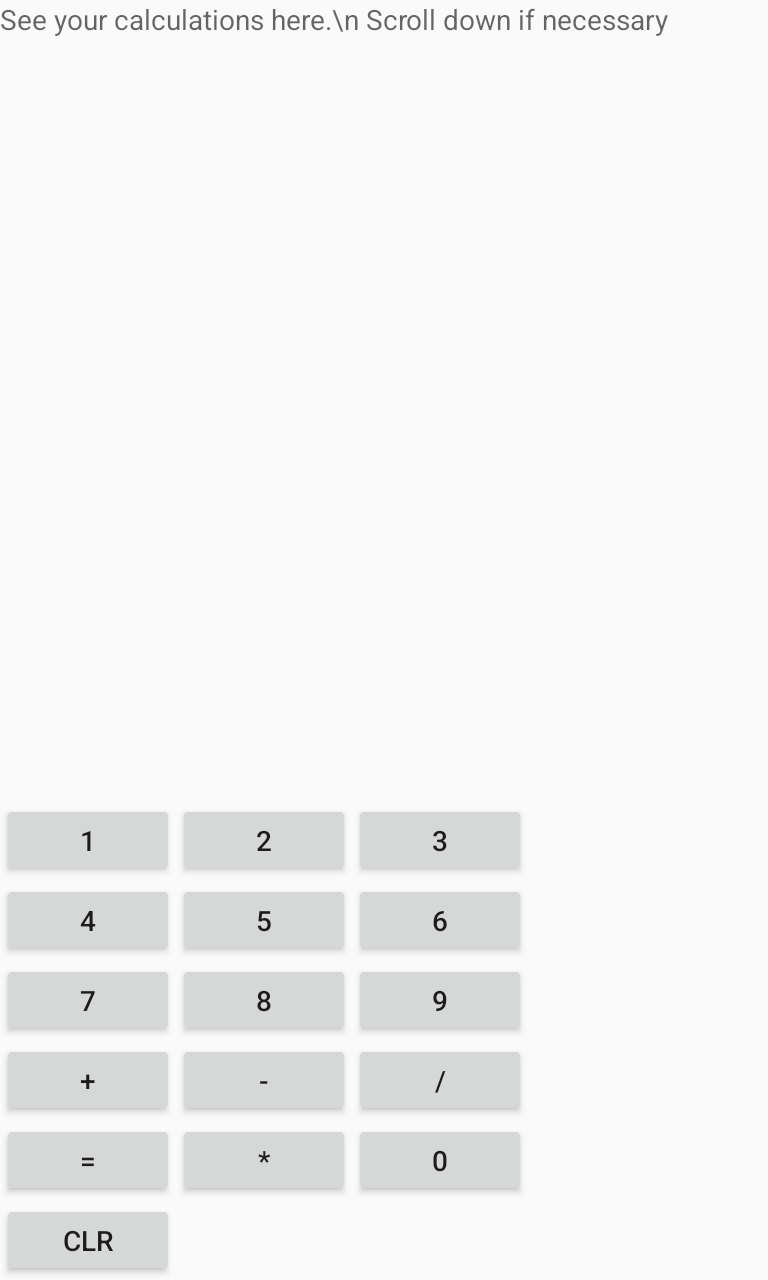
Repository: apoorvelec/AndroidApps
Layout: Calculator1pt1/res/layout/activity_main.xml
An editor plug-in stored every save of this project. The layout is shown before and after the next save, followed by the edit.
It is drawn on a 768 x 1280 px phone screen (xhdpi) without system bars, with theme AppTheme; the app's code is not run.

Above is the layout before, as saved 2016-05-22 17:55:09.

### Calculator1pt1/res/layout/activity_main.xml
<?xml version="1.0" encoding="utf-8"?>
<LinearLayout xmlns:android="http://schemas.android.com/apk/res/android"
   android:layout_width="fill_parent"
   android:layout_height="fill_parent"
   android:orientation="vertical" >

   <!--This is the Calculator's topmost output screen  -->
   <TextView android:id="@+id/text"
      android:layout_weight="1"
      android:layout_width="wrap_content"
      android:layout_height="100dp"
      android:hint="See your calculations here.\n Scroll down if necessary"
      android:scrollbars="vertical" />

   <!-- More GUI components go here  -->
   <LinearLayout android:layout_width="fill_parent"
   android:layout_height="40dp"
   android:orientation="horizontal" >
   	<Button android:id="@+id/button1"
      android:layout_width="wrap_content"
      android:layout_height="wrap_content"
      android:text="1"
      android:onClick="buttonClick" />
   	<Button android:id="@+id/button2"
      android:layout_width="wrap_content"
      android:layout_height="wrap_content"
      android:text="2"
      android:onClick="buttonClick" />
   	<Button android:id="@+id/button3"
      android:layout_width="wrap_content"
      android:layout_height="wrap_content"
      android:text="3"
      android:onClick="buttonClick" />
   </LinearLayout>

   <LinearLayout android:layout_width="fill_parent"
   android:layout_height="40dp"
   android:orientation="horizontal" >
   	<Button android:id="@+id/button4"
      android:layout_width="wrap_content"
      android:layout_height="wrap_content"
      android:text="4"
      android:onClick="buttonClick" />
   	<Button android:id="@+id/button5"
      android:layout_width="wrap_content"
      android:layout_height="wrap_content"
      android:text="5"
      android:onClick="buttonClick" />
   	<Button android:id="@+id/button6"
      android:layout_width="wrap_content"
      android:layout_height="wrap_content"
      android:text="6"
      android:onClick="buttonClick" />
   </LinearLayout>

   <LinearLayout android:layout_width="fill_parent"
   android:layout_height="40dp"
   android:orientation="horizontal" >
   	<Button android:id="@+id/button7"
      android:layout_width="wrap_content"
      android:layout_height="wrap_content"
      android:text="7"
      android:onClick="buttonClick" />
   	<Button android:id="@+id/button8"
      android:layout_width="wrap_content"
      android:layout_height="wrap_content"
      android:text="8"
      android:onClick="buttonClick" />
   	<Button android:id="@+id/button9"
      android:layout_width="wrap_content"
      android:layout_height="wrap_content"
      android:text="9"
      android:onClick="buttonClick" />
   </LinearLayout>

   <LinearLayout android:layout_width="fill_parent"
   android:layout_height="40dp"
   android:orientation="horizontal" >
   	<Button android:id="@+id/button10"
      android:layout_width="wrap_content"
      android:layout_height="wrap_content"
      android:text="+"
      android:onClick="buttonClick" />
   	<Button android:id="@+id/button11"
      android:layout_width="wrap_content"
      android:layout_height="wrap_content"
      android:text="-"
      android:onClick="buttonClick" />
   	<Button android:id="@+id/button12"
      android:layout_width="wrap_content"
      android:layout_height="wrap_content"
      android:text="/"
      android:onClick="buttonClick" />
   </LinearLayout>

   <LinearLayout android:layout_width="fill_parent"
   android:layout_height="40dp"
   android:orientation="horizontal" >
   	<Button android:id="@+id/button13"
      android:layout_width="wrap_content"
      android:layout_height="wrap_content"
      android:text="="
      android:onClick="outputResult" />
   	<Button android:id="@+id/button14"
      android:layout_width="wrap_content"
      android:layout_height="wrap_content"
      android:text="*"
      android:onClick="buttonClick" />
   	<Button android:id="@+id/button15"
      android:layout_width="wrap_content"
      android:layout_height="wrap_content"
      android:text="0"
      android:onClick="buttonClick" />
   </LinearLayout>
   <LinearLayout android:layout_width="fill_parent"
   android:layout_height="40dp"
   android:orientation="horizontal" >
       <Button android:id="@+id/button16"
           android:layout_width="wrap_content"
           android:layout_height="wrap_content"
           android:text="CLR"
           android:onClick="buttonClick"/>
   </LinearLayout>
</LinearLayout>

Loaded but not shown: Calculator1pt1/res/values/styles.xml (common file); Calculator1pt1/res/values-v11/styles.xml (common file); Calculator1pt1/res/values-v14/styles.xml (common file)

After the next save:
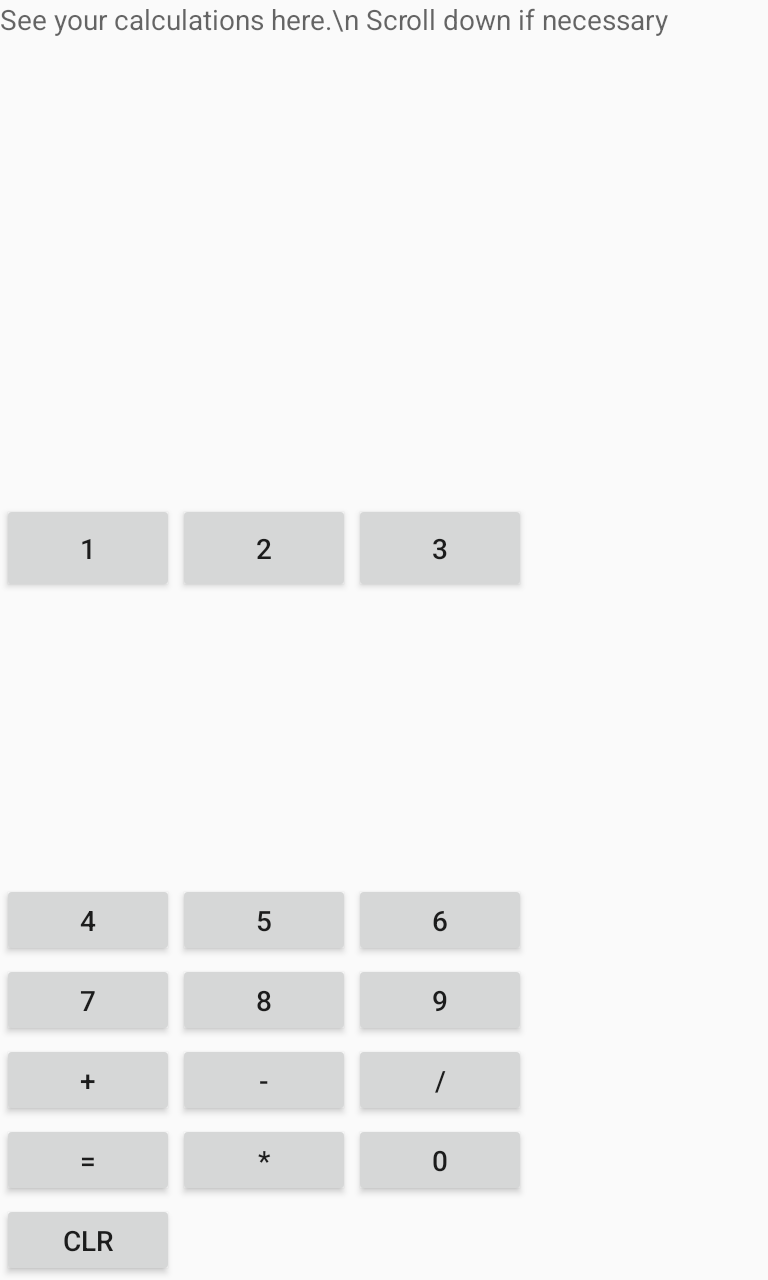
Saved 46 s later.
--- a/Calculator1pt1/res/layout/activity_main.xml
+++ b/Calculator1pt1/res/layout/activity_main.xml
@@ -15,6 +15,7 @@
    <!-- More GUI components go here  -->
    <LinearLayout android:layout_width="fill_parent"
    android:layout_height="40dp"
+   android:layout_weight="1"
    android:orientation="horizontal" >
    	<Button android:id="@+id/button1"
       android:layout_width="wrap_content"

After the save that followed:
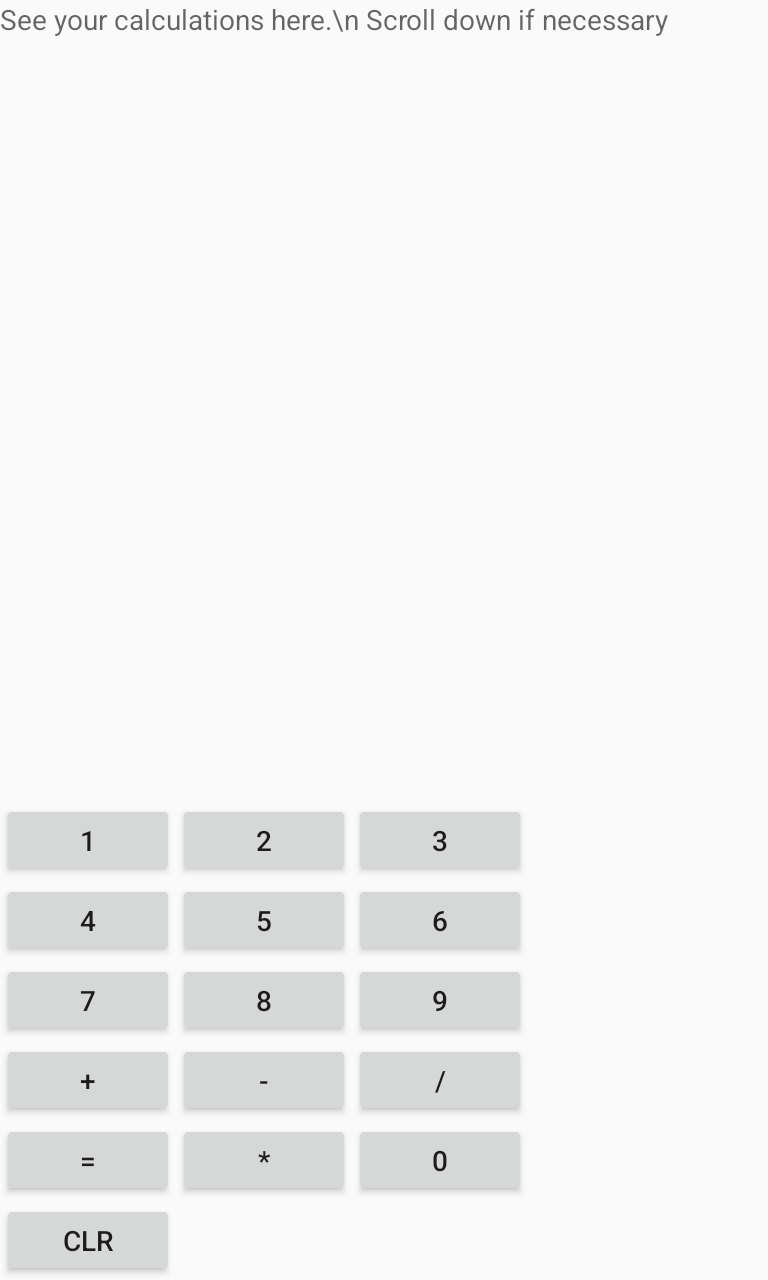
Saved 58 s later.
--- a/Calculator1pt1/res/layout/activity_main.xml
+++ b/Calculator1pt1/res/layout/activity_main.xml
@@ -15,7 +15,6 @@
    <!-- More GUI components go here  -->
    <LinearLayout android:layout_width="fill_parent"
    android:layout_height="40dp"
-   android:layout_weight="1"
    android:orientation="horizontal" >
    	<Button android:id="@+id/button1"
       android:layout_width="wrap_content"
